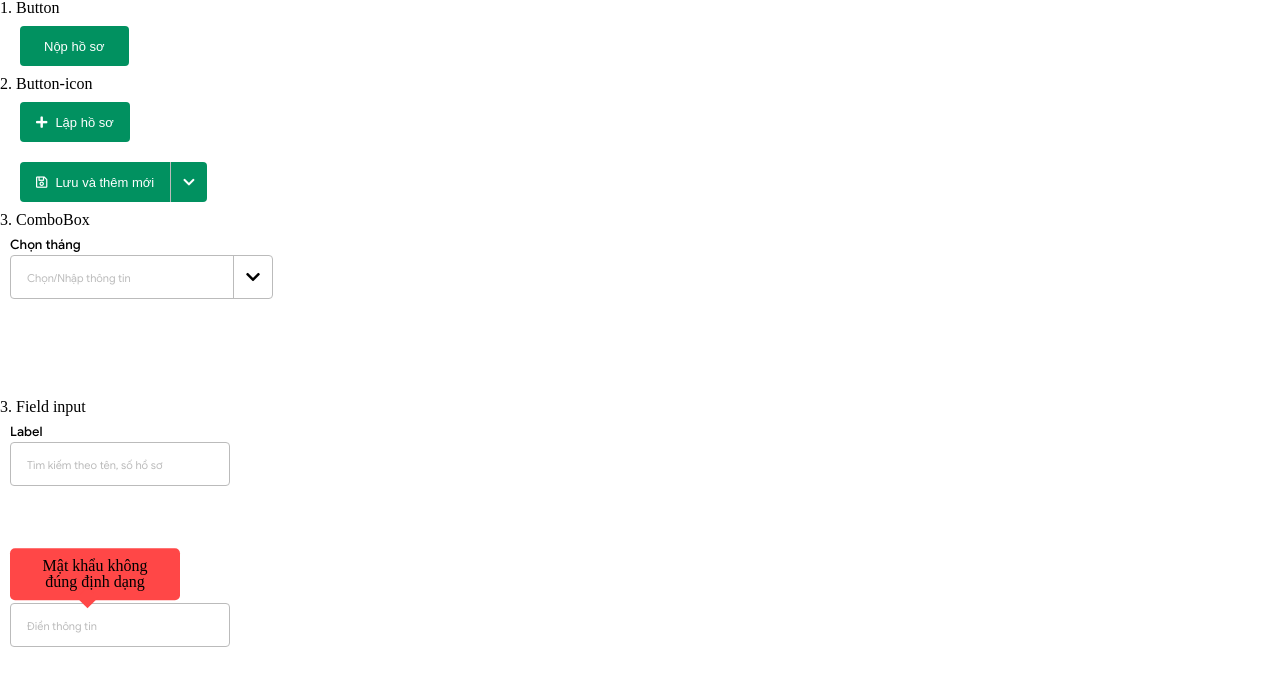
Repository: DAOVANLOI2K1/cukcuk_employeeGrid
Page: Page/index.html
The author's editor kept a copy of each file at every save. The page is drawn from the files as they stood at one save, then again after the next save.
The browser window is 1280 px wide. The pictures show the whole page.

Above is the page before, as saved 2022-06-28 09:57:53.

### Page/index.html
<!DOCTYPE html>
<html lang="en">
<head>
    <meta charset="UTF-8">
    <meta http-equiv="X-UA-Compatible" content="IE=edge">
    <meta name="viewport" content="width=\\, initial-scale=1.0">
    <link rel="stylesheet" href="../css/common/common.css">
    <link rel="stylesheet" href="../css/layout/reset.css">
    <link rel="stylesheet" href="../asset/font/fontawesome-5.15.1/css/all.min.css">
    <title>Document</title>
</head>
<body>
    <label>1. Button</label>
    <div class="row">
        <button class="ms-btn">Nộp hồ sơ</button>
    </div>
    <label>2. Button-icon</label>
    <div class="row">
        <button class="ms-btn ms-btn-icon"><i class="fas fa-plus icon"></i>Lập hồ sơ</button>
    </div>
    <div class="row">
        <button class="ms-btn ms-btn-icon btn2"><i class="far fa-save icon"></i>Lưu và thêm mới</button>
        <button class="ms-btn arrow-down"><i class="fas fa-chevron-down icon"></i></button>
    </div>
    <label>3. ComboBox</label>
    <div class="row">
        <h3 class="label">Chọn tháng</h3>
        <div class="combo_box">
            <input type="text" class="ms-input input1" id="input" placeholder="Chọn/Nhập thông tin">
            <i class="fas fa-chevron-down icon"></i>
            <div class="options-dropdown">
                <div class="option">
                    <i class="fas fa-check option_icon"></i>
                    <h3 class="option_text">Trạng thái 1</h3>
                </div>
                <div class="option">
                    <i class="fas fa-check option_icon"></i>
                    <h3 class="option_text">Trạng thái 2</h3>
                </div>
            </div>
        </div>
    </div>
    <label>3. Field input</label>
    <div class="row">
        <h3 class="label">Label</h3>
        <input type="text" class="ms-input" placeholder="Tìm kiếm theo tên, số hồ sơ">
    </div>
    <div class="row" style="margin-top: 100px;">
        <h3 class="label">Label</h3>
        <input type="text" class="ms-input" placeholder="Điền thông tin">
        <div class="error_box">
            <h2 class="error_message">Mật khẩu không đúng định dạng</h2>
        </div>
    </div>
    <script src="../js/main.js"></script>
</body>
</html>

### css/common/common.css
@import url(button.css);
@import url(input.css);
@import url(combobox.css);
@import url(fieldInput.css);

body {
    font-family: GoogleSans-Regular;
    box-sizing: border-box;
}

.row {
    margin-left: 10px;
}

@font-face {
    font-family: GoogleSans-Bold;
    src: url(../../asset/font/GoogleSans-Bold.otf);
}
@font-face {
    font-family: GoogleSans-Medium;
    src: url(../../asset/font/GoogleSans-Medium.otf);
}
@font-face {
    font-family: GoogleSans-Regular;
    src: url(../../asset/font/GoogleSans-Regular.otf);
}

### js/main.js
// click arrow combobox
document.querySelector('.combo_box .icon').addEventListener('click', function(e) {
    this.classList.toggle('active');
    document.getElementsByClassName('option')[1].classList.remove('active');
    document.getElementsByClassName('option')[0].classList.remove('active');
});
// click option drop combobox
document.getElementsByClassName('option')[0].addEventListener('click', function() {
    this.classList.add('active');
    document.getElementsByClassName('option')[1].classList.remove('active');
    document.getElementById('input').value = 'Trạng thái 1';
});
document.getElementsByClassName('option')[1].addEventListener('click', function() {
    this.classList.add('active');
    document.getElementsByClassName('option')[0].classList.remove('active');
    document.getElementById('input').value = 'Trạng thái 2';
});

### css/common/button.css
.ms-btn {
    margin: 10px;
    height: 40px;
    padding: 0 24px;
    color: #fff;
    background-color: #019160;
    border-radius: 4px;
    font-size: 13px;
    align-items: center;
    border: none;
    cursor: pointer;
    min-width: 100px;
    transition: all .1s linear;
}

.ms-btn:hover {
    background-color: #2fbe8e;
}

.ms-btn:active {
    background-color: #01b075;
}

.ms-btn-icon {
    padding: 0 16px;
    text-align: left;
    margin-right: 0;
}

.ms-btn-icon > .icon{
    margin-right: 8px;
}

.btn2 {
    border-top-right-radius: 0;
    border-bottom-right-radius: 0;
}

.arrow-down {
    padding: 0 12px;
    min-width: unset;
    margin-left: -4px;
    border-left: 1px solid #bbb;
    border-bottom-left-radius: 0;
    border-top-left-radius: 0;
}
.arrow-down:hover > .icon {
    transform: rotate(180deg);
}

### css/common/input.css
.ms-input {
    outline: none;
    padding-left: 16px;
    height: 40px;
    border: 1px solid #bbb;
    border-radius: 4px;
    width: 200px;
    font-size: 13px;
    color: #000;
}

.label {
    margin-top: 10px;
    margin-bottom: 4px;
    font-size: 13px;
    color: #000;
    font-family: GoogleSans-Medium;
}

.ms-input::placeholder {
    font-size: 11px;
    color: #bbb;
    font-family: GoogleSans-Regular;
}

.ms-input:focus {
    border-color: #019160;
}

### css/common/combobox.css
.input1 {
    padding-right: 45px;
}

.combo_box {
    position: relative;
    display: inline-block;
    margin-bottom: 100px;
}

.combo_box > .icon {
    position: absolute;
    top: 1px;
    right: 1px;
    padding: 13px 12px;
    border-left: 1px solid #bbb;
    border-top-right-radius: 4px;
    border-bottom-right-radius: 4px;
    cursor: pointer;
}
.icon.active {
    border-top-right-radius: 0;
    border-bottom-right-radius: 0;
    border-top-left-radius: 4px;
    border-bottom-left-radius: 4px;
    border-left: none;
    border-right: 1px solid #bbb;
    background-color: #e9ebee;
    transform: rotate(180deg);
}
.icon.active ~ .options-dropdown {
    opacity: 1;
    visibility: visible;
}

.options-dropdown {
    position: absolute;
    padding: 5px 0;
    top: 100%;
    left: 0;
    width: 100%;
    border-radius: 4px;
    box-shadow: 0 2px 5px 0 rgba(0, 0, 0, 0.432);
    opacity: 0;
    visibility: hidden;
    transition: all .1s linear;
}

.option {
    display: flex;
    align-items: center;
    height: 40px;
}

.option_icon {
    margin: 0 10px;
    font-size: 16px;
    opacity: 0;
}

.option:hover {
    background-color: #e9ebee;
}

.option.active {
    background-color: #019160;
    color: white;
}
.option.active > .option_icon{
    opacity: 1;
}

### css/common/fieldInput.css
.error_box {
    width: 130px;
    padding: 10px 20px;
    background-color: #ff4747;
    text-align: center;
    border-radius: 5px;
    position: relative;
    transform: translateY(-190%);
}

.error_box::before {
    content: "";
    position: absolute;
    bottom: -5px;
    right: 50%;
    width: 15px;
    height: 15px;
    background-color: #ff4747;
    transform: rotate(45deg);
}

Loaded but not shown: css/layout/reset.css (common file); asset/font/fontawesome-5.15.1/css/all.min.css (library)

After the next save:
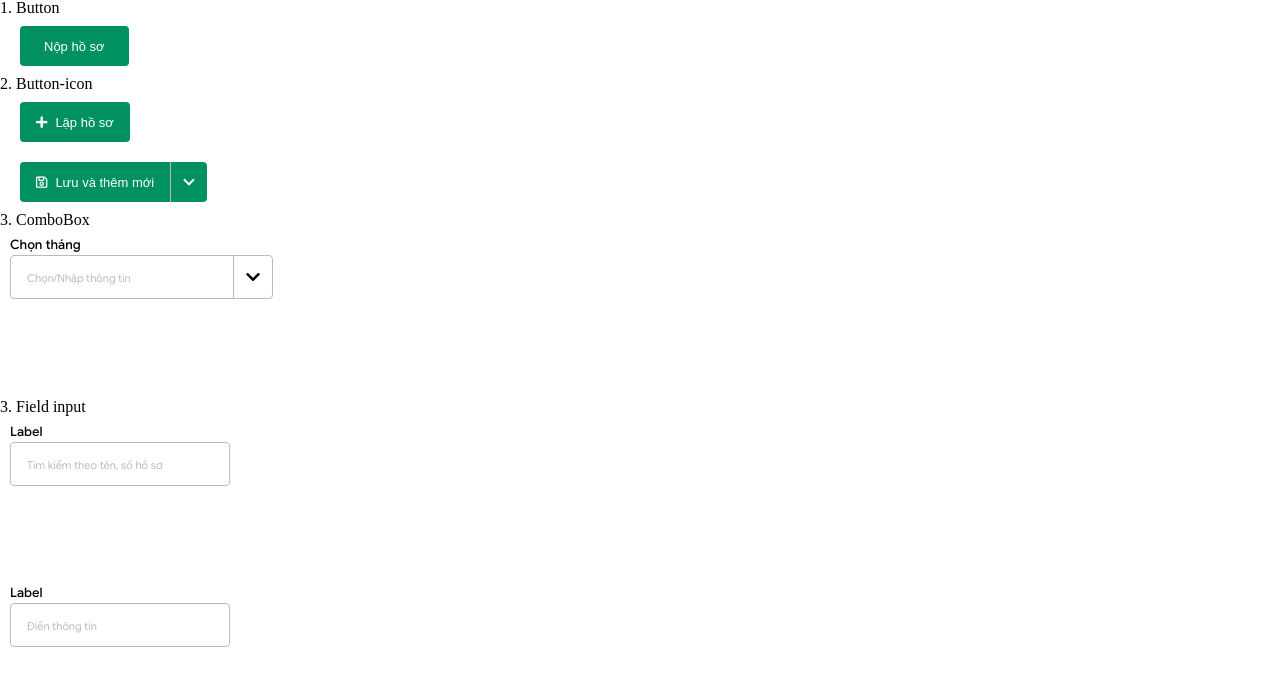
Saved 17 s later.
--- a/css/common/fieldInput.css
+++ b/css/common/fieldInput.css
@@ -5,7 +5,7 @@
     text-align: center;
     border-radius: 5px;
     position: relative;
-    transform: translateY(-190%);
+    transform: translate(-190%);
 }
 
 .error_box::before {
